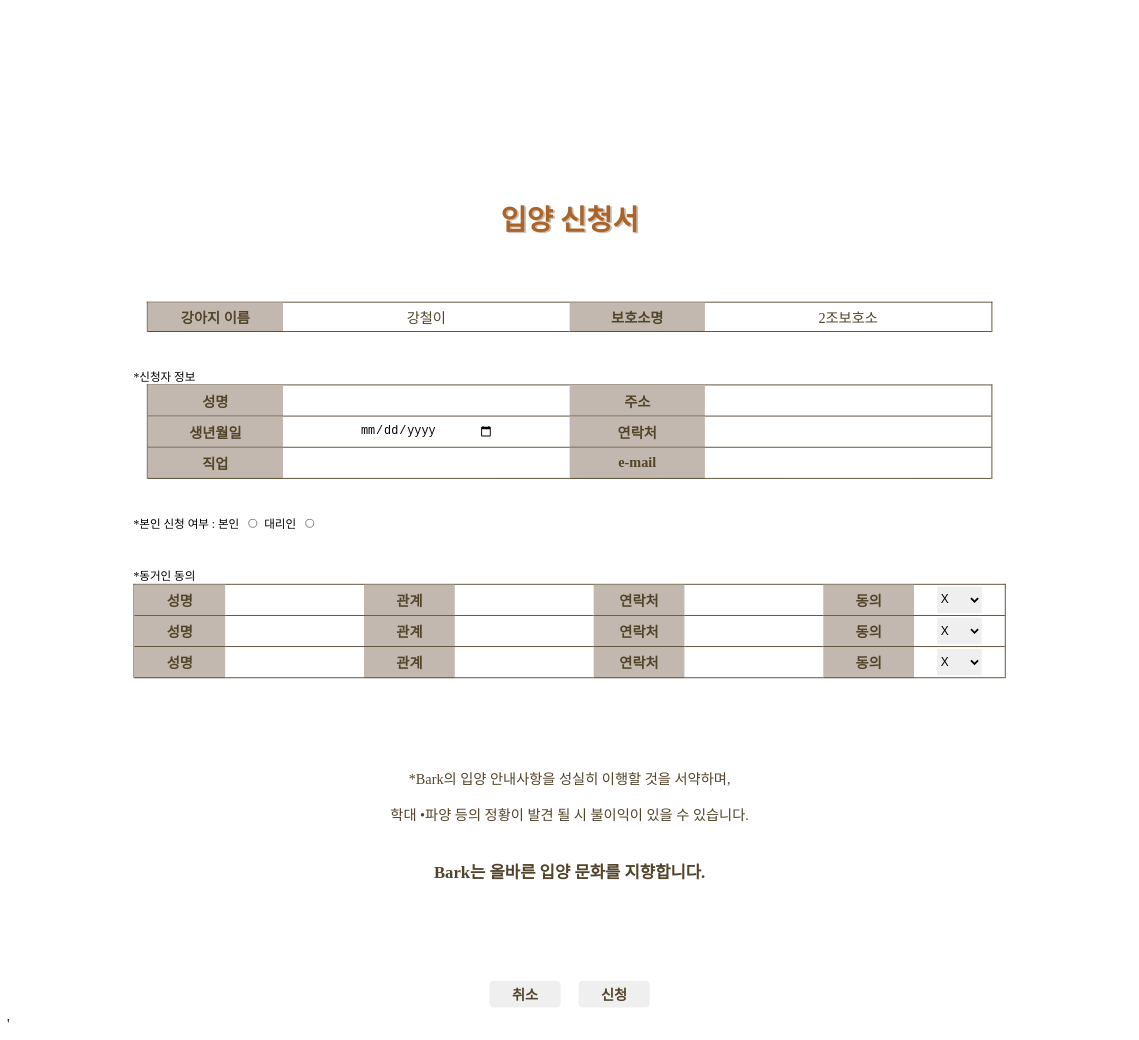
Repository: jngwk/Project-Bark
Page: http://localhost/Bark/include/adoptionForm.jsp
The author's editor kept a copy of each file at every save. The page is drawn from the files as they stood at one save, then again after the next save.
The browser window is 1280 px wide. The pictures show the whole page, at 89% of full size.
The page is served by Tomcat 9.

Above is the page before, as saved 2024-03-26 07:28:28.

After the next save:
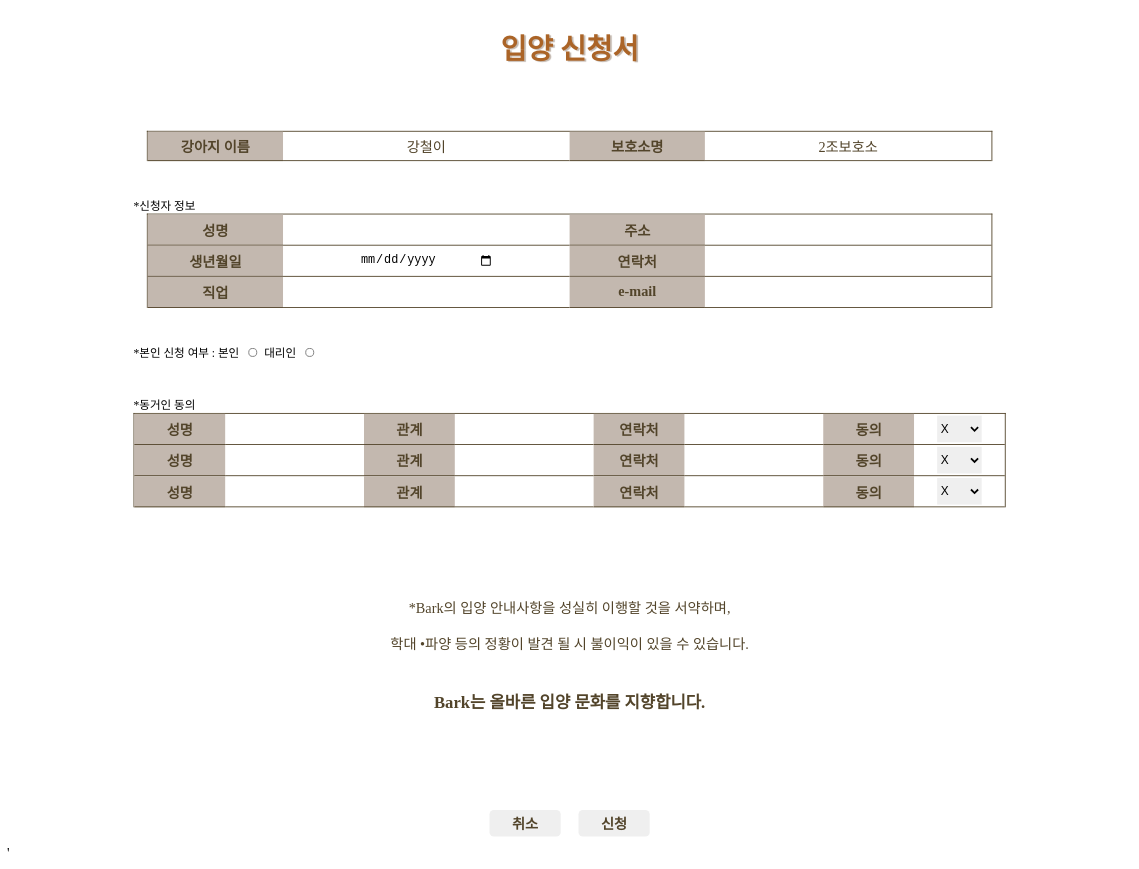
Saved 57 s later.
--- a/java_workspace/Bark/src/main/webapp/css/adoptionForm.css
+++ b/java_workspace/Bark/src/main/webapp/css/adoptionForm.css
@@ -1,7 +1,7 @@
 @charset "UTF-8";
 /* 타이틀 */
 .adoption-title{
-    padding-bottom: 50px; color:rgb(171, 100, 39); text-shadow: 2px 1px 1px rgb(195, 184, 175); margin-top:200px;
+    padding-bottom: 50px; color:rgb(171, 100, 39); text-shadow: 2px 1px 1px rgb(195, 184, 175);
 }
 .container>div{
     display: flex; justify-content: center; align-items: center;
